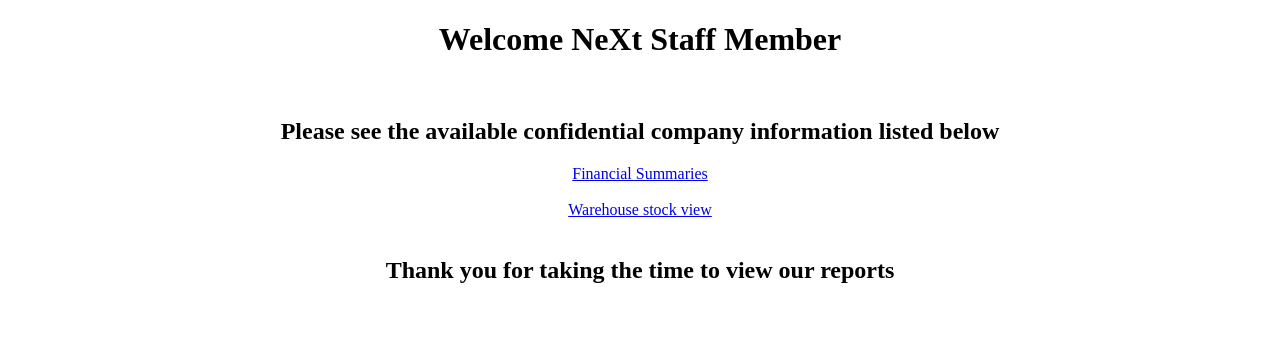
Repository: rstevenson6/304Project
Page: http://localhost/GroupProject/Admin.jsp
An editor plug-in stored every save of this project. The page is shown before and after the next save, followed by the edit.
The browser window is 1280 px wide. The pictures show the whole page.
The page is served by Tomcat 9. Other server files are loaded and not shown.

Above is the page before, as saved 2016-11-28 06:17:13.

### GroupProject/WebContent/Admin.jsp
<%@ page language="java" contentType="text/html; charset=ISO-8859-1"
    pageEncoding="ISO-8859-1"%>
<!DOCTYPE html PUBLIC "-//W3C//DTD HTML 4.01 Transitional//EN" "http://www.w3.org/TR/html4/loose.dtd">
<html>
<head>
<meta http-equiv="Content-Type" content="text/html; charset=ISO-8859-1">
<title>Insert title here</title>
</head>
<body>
<h1 align="center"> Welcome NeXt Staff Member</h1> </br>
<h2 align="center"> Please see the available confidential company information listed below</h2>
<center><a href= listprod.jsp>Financial Summaries</a></center></br>
<center><a href= listprod.jsp>Warehouse stock view</a></center></br>

<h2 align="center"> Thank you for taking the time to view our reports</h2>

</body>
</html>

After the next save:
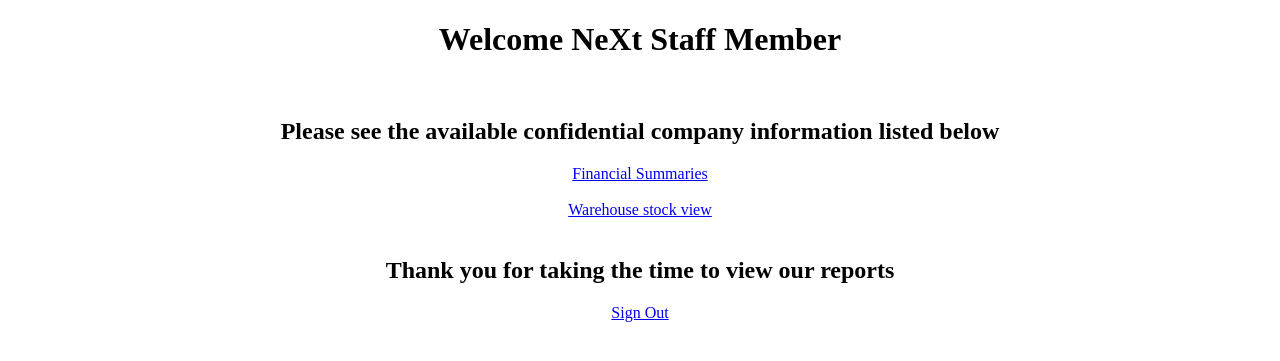
Saved 48 s later.
--- a/GroupProject/WebContent/Admin.jsp
+++ b/GroupProject/WebContent/Admin.jsp
@@ -13,6 +13,6 @@
 <center><a href= listprod.jsp>Warehouse stock view</a></center></br>
 
 <h2 align="center"> Thank you for taking the time to view our reports</h2>
-
+<center><a href= shop.html>Sign Out</a></center></br>
 </body>
 </html>
